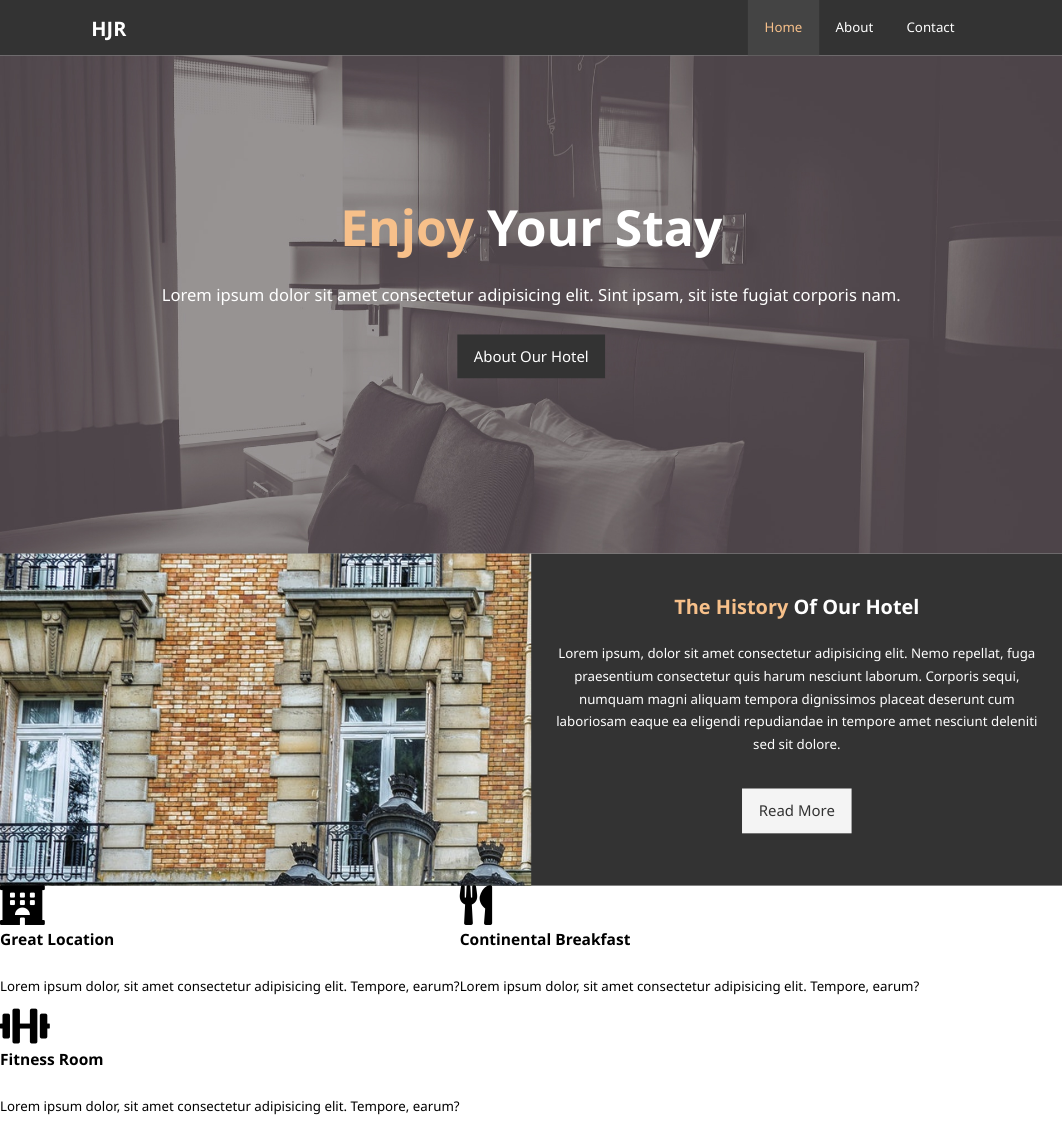
Repository: dimlutine/Hotel-Project
Page: index.html
The author's editor kept a copy of each file at every save. The page is drawn from the files as they stood at one save, then again after the next save.
The browser window is 1280 px wide. The pictures show the whole page, at 83% of full size.
Some web libraries are served in a nearby version.

Above is the page before, as saved 2019-07-05 22:33:02.

### index.html
<!DOCTYPE html>
<html lang="en">

<head>
    <meta charset="UTF-8">
    <meta name="viewport" content="width=device-width, initial-scale=1.0">
    <meta http-equiv="X-UA-Compatible" content="ie=edge">
    <meta name="description" content="Welcome to the neatest hotel in Durham, North Carolina!">
    <meta name="keywords" content="hotel,durham hotel, north carolina hotel, rdu hotel">
    <link rel="stylesheet" href="https://use.fontawesome.com/releases/v5.6.1/css/all.css" integrity="sha384-gfdkjb5BdAXd+lj+gudLWI+BXq4IuLW5IT+brZEZsLFm++aCMlF1V92rMkPaX4PP" crossorigin="anonymous">
    <link rel="stylesheet" href="css/style.css">
    <title>Hotel JR | Durham Hotel</title>
</head>

<body>
    <header>
        <nav id="navbar">
            <div class="container">
                <h1 class="logo"><a href="index.html">HJR</a></h1>
                <ul>
                    <li><a class="current" href="index.html">Home</a></li>
                    <li><a href="about.html">About</a></li>
                    <li><a href="contact.html">Contact</a></li>
                </ul>
            </div>

        </nav>
        <div id="showcase">
            <div class="container">
                <div class="showcase-content">
                    <h1>
                        <span class="text-primary">Enjoy</span> Your Stay
                    </h1>
                    <p class="lead">Lorem ipsum dolor sit amet consectetur adipisicing elit. Sint ipsam, sit iste fugiat corporis nam.</p>
                    <a class="btn" href="about.html">About Our Hotel</a>
                </div>
            </div>
        </div>
    </header>

    <section id="home-info" class="bg-dark">
        <div class="info-img"></div>
        <div class="info-content">
            <h2><span class="text-primary">The History </span>Of Our Hotel</h2>
            <p>Lorem ipsum, dolor sit amet consectetur adipisicing elit. Nemo repellat, fuga praesentium consectetur quis harum nesciunt laborum. Corporis sequi, numquam magni aliquam tempora dignissimos placeat deserunt cum laboriosam eaque ea eligendi
                repudiandae in tempore amet nesciunt deleniti sed sit dolore.</p>
            <a href="about.html" class="btn btn-light">Read More</a>
        </div>
    </section>

    <section id="features">
        <div class="box">
            <i class="fas fa-hotel fa-3x"></i>
            <h3>Great Location</h3>
            <p>Lorem ipsum dolor, sit amet consectetur adipisicing elit. Tempore, earum?</p>
        </div>
        <div class="box">
            <i class="fas fa-utensils fa-3x"></i>
            <h3>Continental Breakfast</h3>
            <p>Lorem ipsum dolor, sit amet consectetur adipisicing elit. Tempore, earum?</p>
        </div>
        <div class="box">
            <i class="fas fa-dumbbell fa-3x"></i>
            <h3>Fitness Room</h3>
            <p>Lorem ipsum dolor, sit amet consectetur adipisicing elit. Tempore, earum?</p>
        </div>
    </section>
</body>

</html>

### css/style.css
* {
    padding: 0;
    margin: 0;
    box-sizing: border-box;
}

html,
body {
    font-family: 'Segoe UI', 'Segoe UI', Tahoma, Geneva, Verdana, sans-serif;
    line-height: 1.7em;
}

a {
    color: #333;
    text-decoration: none;
}

h1,
h2,
h3 {
    padding-bottom: 20px;
}

p {
    margin: 10px 0;
}


/* Utilities */

.container {
    margin: auto;
    max-width: 1100px;
    overflow: auto;
    padding: 0 20px;
}

.text-primary {
    color: #f7c08a;
}

.lead {
    font-size: 20px;
}

.btn {
    display: inline-block;
    font-size: 18px;
    color: #fff;
    background: #333;
    padding: 13px 20px;
    border: none;
    cursor: pointer;
}

.btn:hover {
    background: #f7c08a;
    color: #333;
}

.btn-light {
    background: #f4f4f4;
    color: #333;
}

.bg-dark {
    background: #333;
    color: #fff;
}

.bg-light {
    background: #f4f4f4;
    color: #333;
}

.bg-primary {
    background: #333;
    color: #f7c08a;
}

#navbar {
    background: #333;
    color: #fff;
    overflow: auto;
}

#navbar a {
    color: #fff;
}

#navbar h1 {
    float: left;
    padding-top: 20px;
}

#navbar ul {
    float: right;
    list-style: none;
}

#navbar ul li {
    float: left;
}

#navbar ul li a {
    display: block;
    padding: 20px;
    text-align: center;
}

#navbar ul li a:hover,
#navbar ul li a.current {
    background: #444;
    color: #f7c08a;
}


/* Showcase */

#showcase {
    background: url('../img/showcase.jpg') no-repeat center center/cover;
    height: 600px;
}

#showcase .showcase-content {
    color: #fff;
    text-align: center;
    padding-top: 170px;
}

#showcase .showcase-content h1 {
    font-size: 60px;
    line-height: 1.2em;
}

#showcase .showcase-content p {
    padding-bottom: 20px;
    line-height: 1.7em;
}


/* Home Info */

#home-info {
    height: 400px;
}

#home-info .info-img {
    float: left;
    width: 50%;
    background: url('../img/photo-1.jpg') no-repeat;
    min-height: 100%;
}

#home-info .info-content {
    float: right;
    width: 50%;
    height: 100%;
    text-align: center;
    padding: 50px 30px;
    overflow: hidden;
}

#home-info .info-content p {
    padding-bottom: 30px;
}


/*Features*/

.box {
    float: left;
}

After the next save:
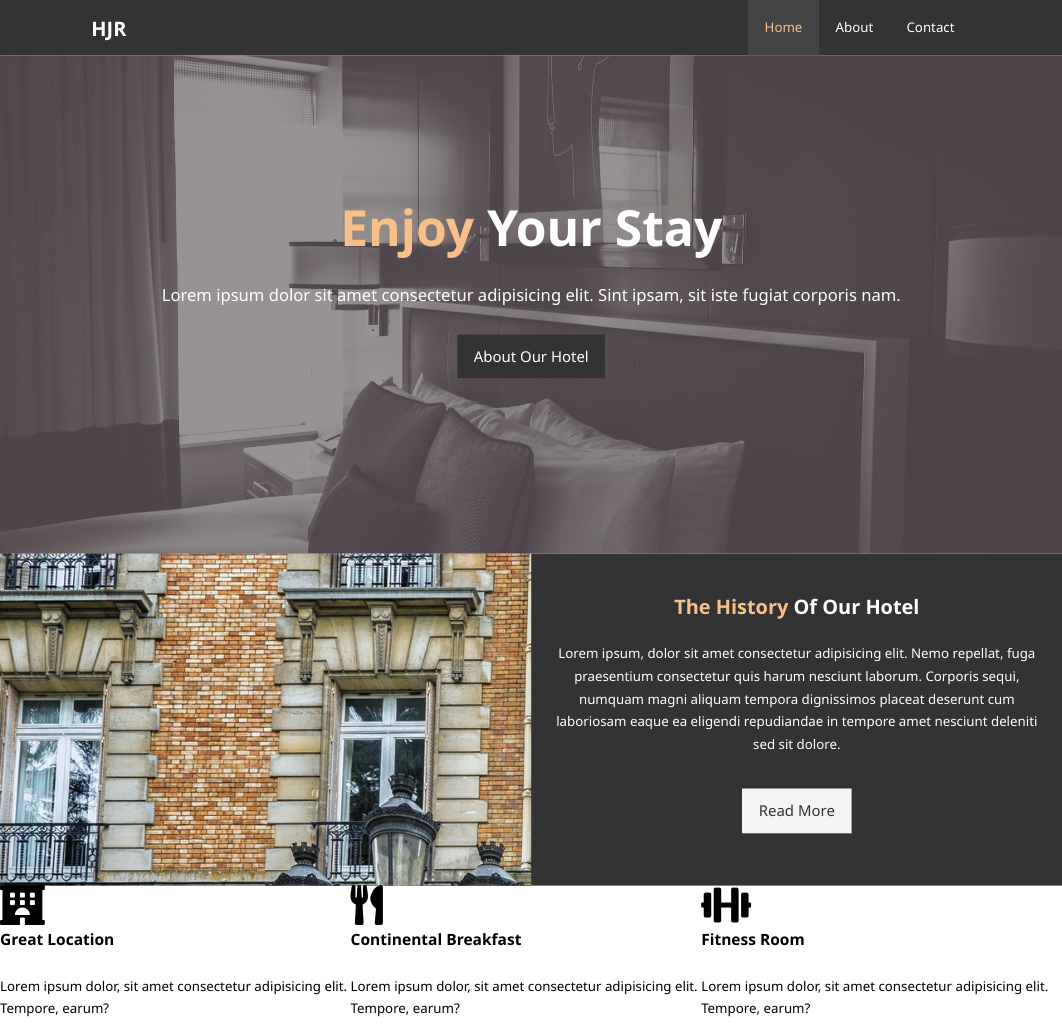
Saved 12 s later.
--- a/css/style.css
+++ b/css/style.css
@@ -170,4 +170,5 @@ p {
 
 .box {
     float: left;
+    width: 33%;
 }
